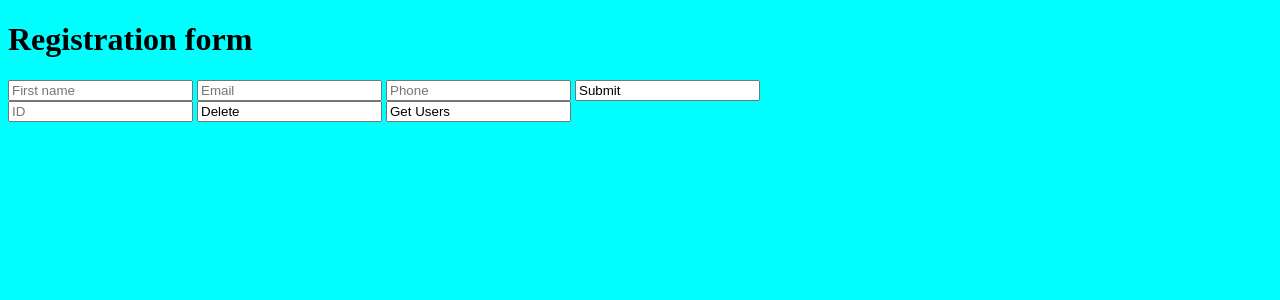
Repository: mediumrtp/CRUD
Page: index.html
These files come from the project's save history. The page is drawn as it stood at one moment and after the next save; the edit follows.
The browser window is 1280 px wide. The pictures show the whole page.

Above is the page before, as saved 2022-11-18 14:23:31.
Console error: TypeError: Cannot read properties of null (reading 'addEventListener')

After the next save:
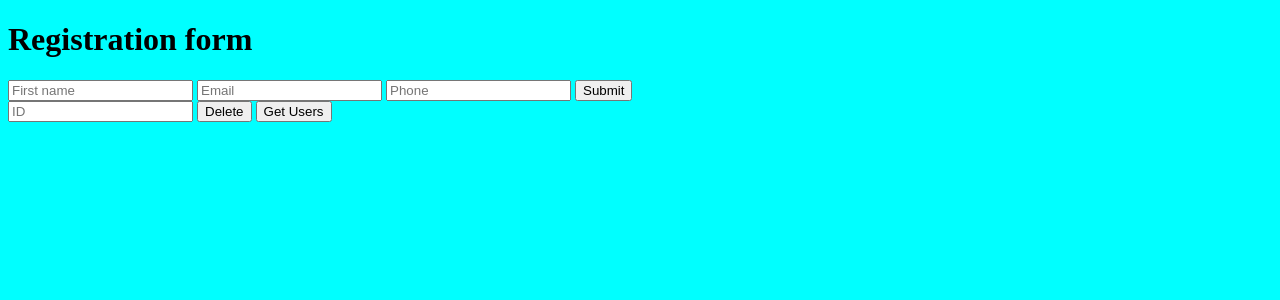
Console error: ReferenceError: start_my_script is not defined
Saved 85 s later.
--- a/index.html
+++ b/index.html
@@ -6,21 +6,23 @@
 </head>
 
 <body>
-    <h1 class=" heading ">Registration form</h1>
-    <form class="form " action="/add_user " method="POST ">
-        <input type="text " name="empName " placeholder="First name " required>
-        <input type="email " name="empEmail " placeholder="Email " required>
-        <input type="text " name="empMobile " placeholder="Phone " required>
-        <input type="submit " value="Submit ">
+    <h1 class="heading">Registration form</h1>
+    <form class="form" action="/add_user" method="POST">
+        <input type="text" name="empName" placeholder="First name" required>
+        <input type="email" name="empEmail" placeholder="Email" required>
+        <input type="text" name="empMobile" placeholder="Phone" required>
+        <input type="submit" value="Submit">
     </form>
-    <form class="delete " action="/delete " method="POST ">
-        <input type="text " name="id " placeholder="ID " required>
-        <input type="submit " value="Delete ">
-        <input type="button " id="btnGetUsers " value="Get Users " />
+    <form class="delete" action="/delete" method="POST">
+        <input type="text" name="id" placeholder="ID" required>
+        <input type="submit" value="Delete">
+        <input type="button" id="btnGetUsers" value="Get Users" />
         <script>
+            start_my_script();
+
             function httpGet() {
                 var xmlHttp = new XMLHttpRequest();
-                xmlHttp.open("GET ", "http://localhost:8000/view ", false); // false for synchronous request
+                xmlHttp.open("GET", "http://localhost:8000/view", false); // false for synchronous request
                 xmlHttp.send(null);
                 console.log(xmlHttp.responseText);
                 return xmlHttp.responseText;
